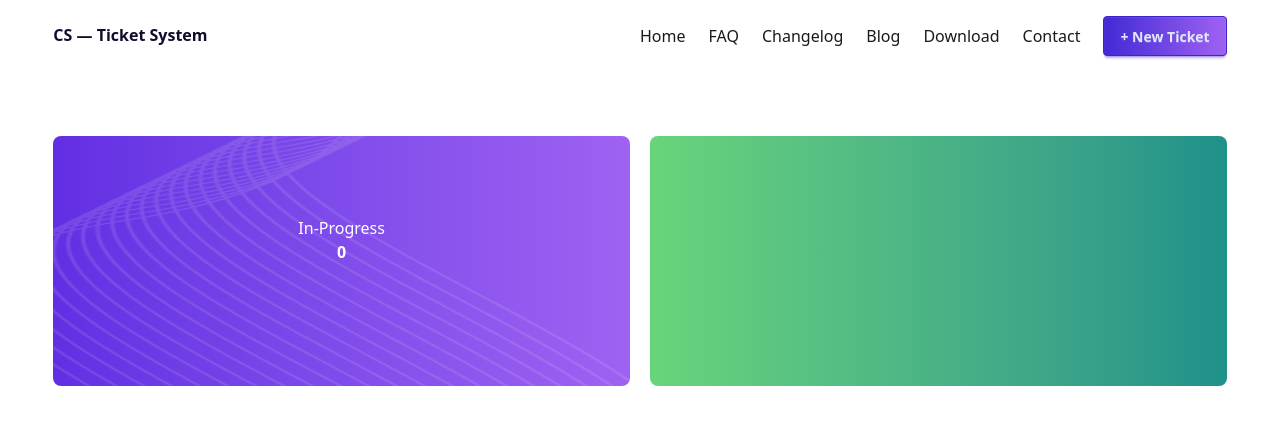
Repository: SanjidaSnigdha/Customer-Support-Zone
Page: /
These files come from the project's save history. The page is drawn as it stood at one moment and after the next save; the edit follows.
The browser window is 1280 px wide. The pictures show the whole page.
The project was rebuilt for these pictures with package versions that can differ from the ones it lists, and the page was loaded fresh each time. Also part of the build but not shown: vite.config.js, src/App.css.

Above is the page before, as saved 2026-03-24 02:11:15.

After the next save:
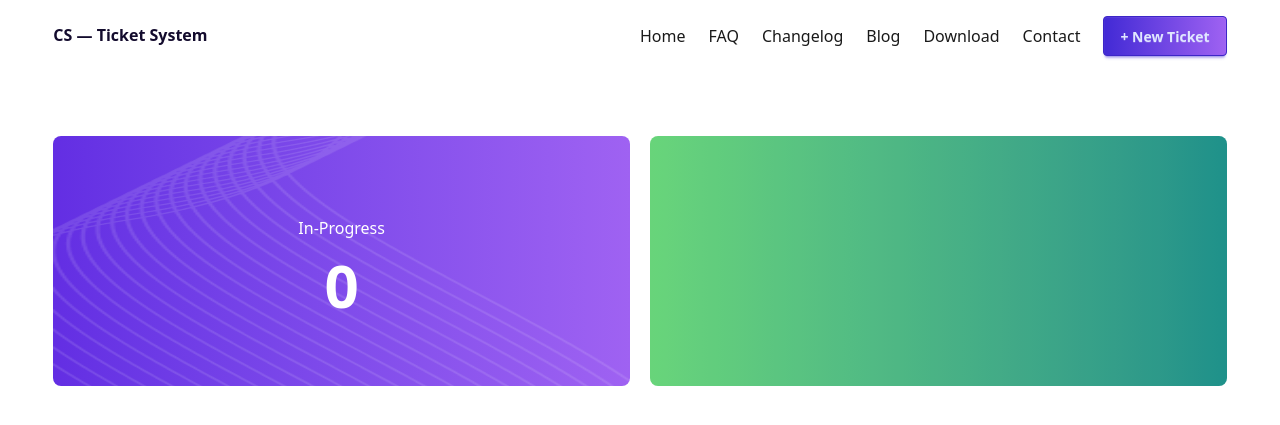
Saved 32 s later.
--- a/src/component/Banner/Banner.jsx
+++ b/src/component/Banner/Banner.jsx
@@ -7,7 +7,7 @@ const Banner = () => {
         <div className='flex justify-between w-11/12 mx-auto mt-20 gap-5'>
             <div className='relative'>
              <img src={vectorImg1} alt="" className=' bg-gradient-to-r from-[#632EE3] to-[#9F62F2] w-[700px] h-[250px] rounded-[8px]'/>
-             <p className='absolute text-center inset-20 text-[#FFFFFF]'>In-Progress<br /><span className='font-bold text-[#FFFFFF]'>
+             <p className='absolute text-center inset-20 text-[#FFFFFF]'>In-Progress<br /><span className='font-bold text-[#FFFFFF] text-[60px]'>
                 0</span></p>
 
             </div>
